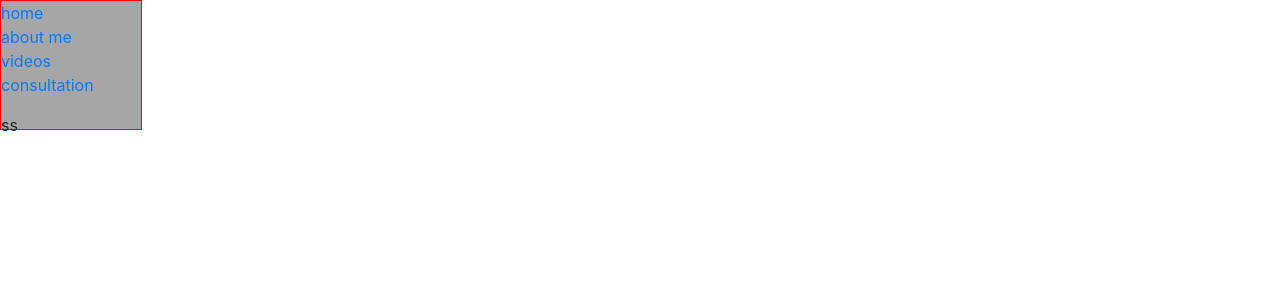
Repository: Aleksandre19/cv-ucmp
Page: index.html
The author's editor kept a record of every edit. The page is drawn from the files as they stood at one moment, then again after the next edit.
The browser window is 1280 px wide. The pictures show the whole page.

Above is the page before.

### index.html
<!DOCTYPE html>
<html lang="en">

<head>
    <meta charset="UTF-8">
    <meta name="viewport" content="width=device-width, initial-scale=1.0">
    <meta http-equiv="X-UA-Compatible" content="ie=edge">
    <link rel="stylesheet" href="https://stackpath.bootstrapcdn.com/bootstrap/4.4.1/css/bootstrap.min.css" integrity="sha384-Vkoo8x4CGsO3+Hhxv8T/Q5PaXtkKtu6ug5TOeNV6gBiFeWPGFN9MuhOf23Q9Ifjh" crossorigin="anonymous">
    <link rel="stylesheet" href="assets/css/style.css" type="text/css" />
    <title>Document</title>
</head>

<body>

    <!-- All site wrapper div -->
    <div id="wrapper">

        <!-- HEADER -->
        <header>
            <div class="row">

                <!-- TOP MAIN MENU -->
                <div class="col-11">
                    <nav class="">
                        <ul>
                            <li><a href="#">home</a></li>
                            <li><a href="#">about me</a></li>
                            <li><a href="#">videos</a></li>
                            <li><a href="#">consultation</a></li>
                        </ul>
                    </nav>
                </div>
                <!-- / TOP MAIN MENU -->

                <!-- TOP SOCIAL LINKS -->
                <div class="col-1 social-links">
                    ss
                </div>
                <!-- /TOP SOCIAL LINKS -->

            </div>
        </header>
        <!-- /HEADER -->

    </div>
    <!-- / All site wrapper div -->
</body>

</html>

### assets/css/style.css
html,body{
    height: 100%;
}

*{
    margin: 0;
    padding: 0;
    border: 0;
}

body{
    backgournd-color: #f6f6f6;
}

#wrapper{
    width: 100%;
    height:100%;
}


/* #################### HEADER ###################### */

header{
    border:1px solid red;
    height: 130px;
    background-color: rgba(0,0,0, 0.35);
    position: fixed;

}


/*  Main Menu */

.main-menu li{
    list-style: none;
    display: inline;
}



/* #################### END HEADER ################## */

After the next edit:
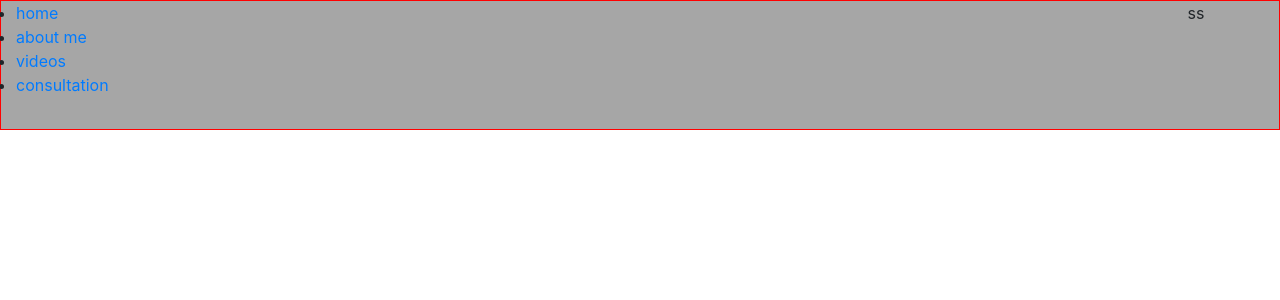
The edit:
--- a/index.html
+++ b/index.html
@@ -16,7 +16,7 @@
     <div id="wrapper">
 
         <!-- HEADER -->
-        <header>
+        <header class="container-fluid">
             <div class="row">
 
                 <!-- TOP MAIN MENU -->
